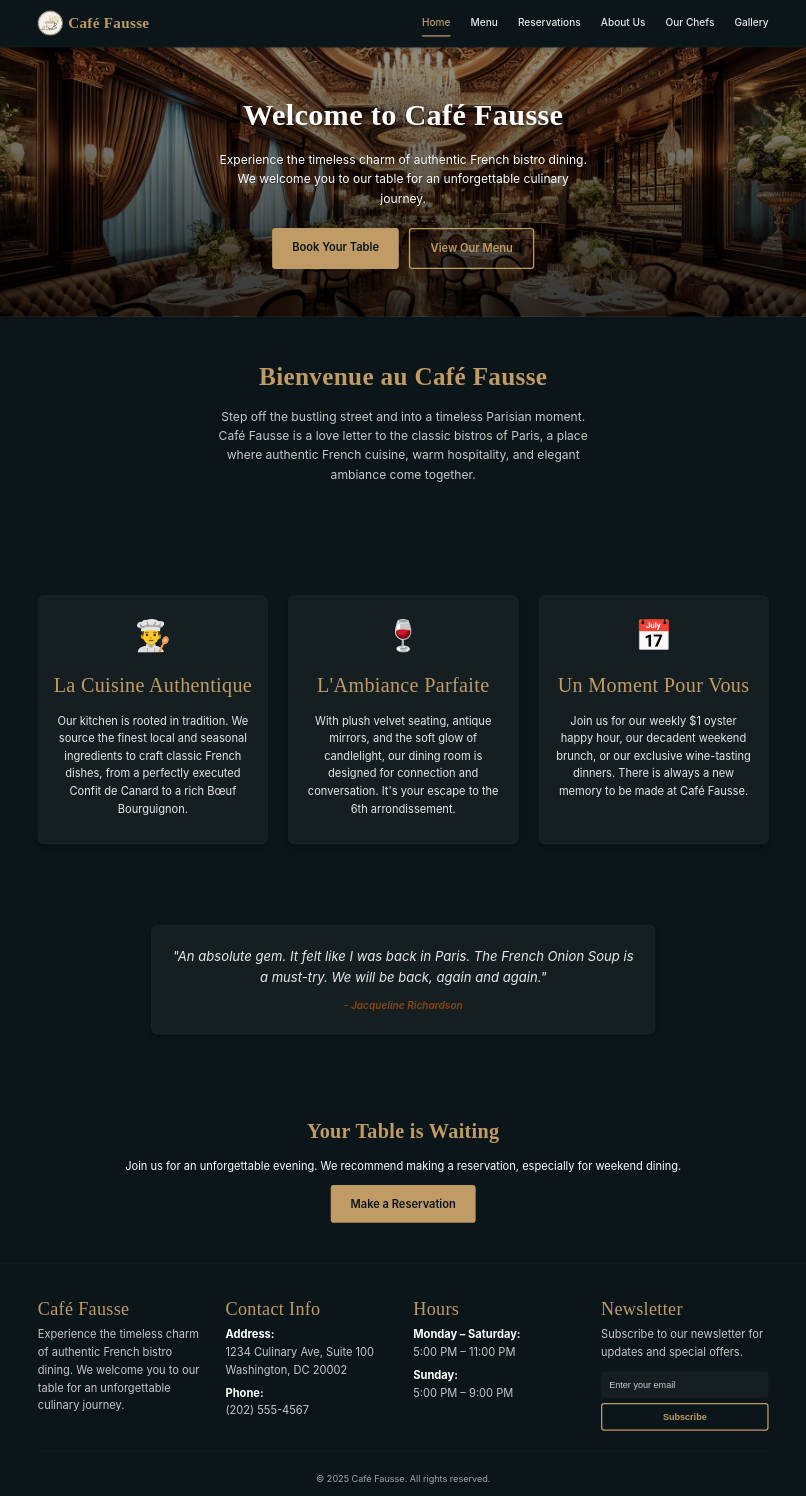
Repository: MatVanDenArt/MSSE-Cafe-Fausse
Page: / (app in frontend/)
An editor plug-in stored every save of this project. The page is shown before and after the next save, followed by the edit.
The browser window is 1280 px wide. The pictures show the whole page, at 63% of full size.
The project was rebuilt for these pictures with package versions that can differ from the ones it lists, and the page was loaded fresh each time. Also part of the build but not shown: frontend/src/pages/Menu.css, frontend/src/pages/Menu.js, frontend/src/pages/Reservations.css, frontend/src/pages/Reservations.js, frontend/src/pages/About.css, frontend/src/pages/About.js, frontend/src/pages/Gallery.css, frontend/src/pages/Gallery.js.

Above is the page before, as saved 2025-11-04 17:38:04.

After the next save:
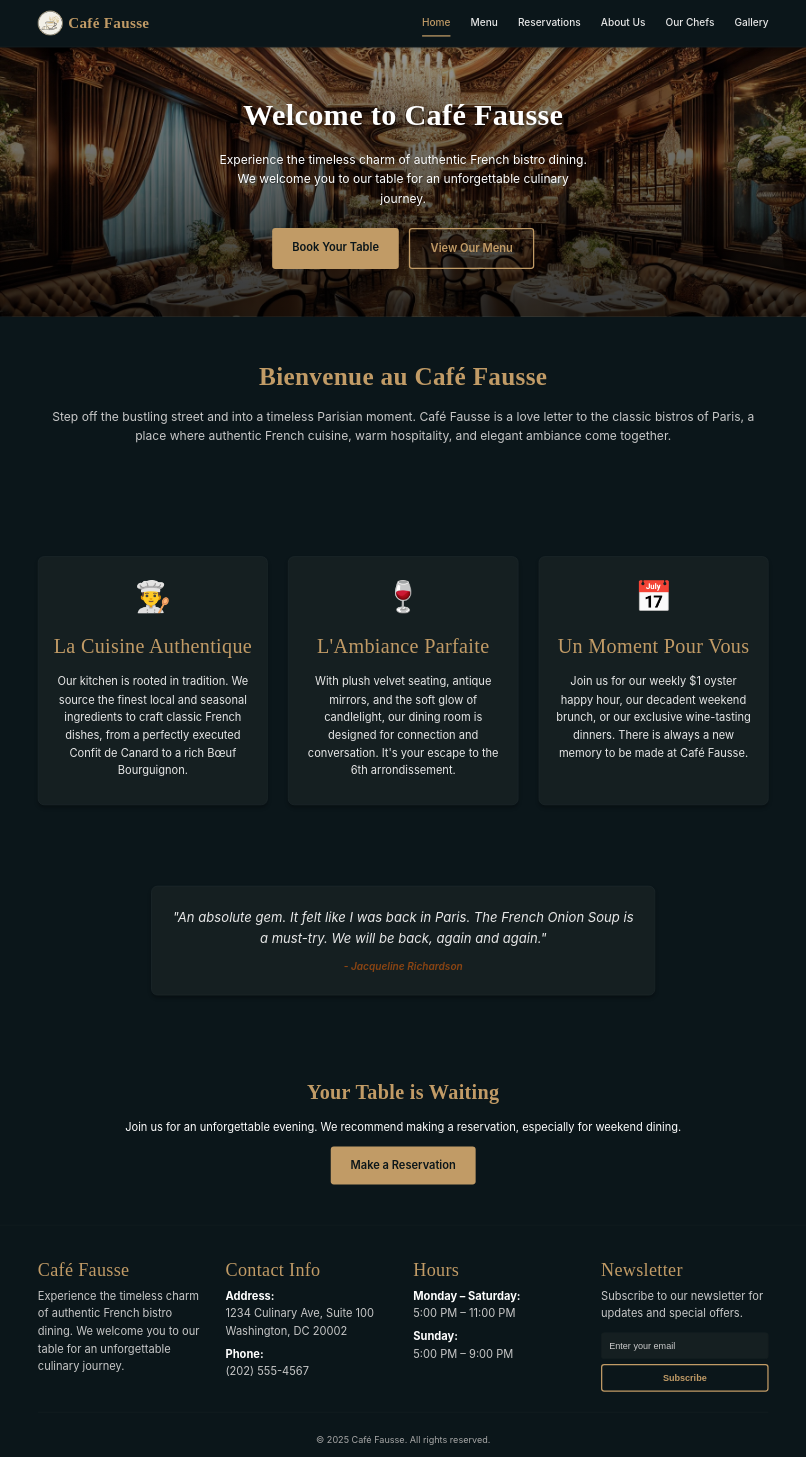
Saved 3 h 23 min later.
--- a/frontend/src/App.css
+++ b/frontend/src/App.css
@@ -259,7 +259,7 @@ p {
 .section-title p {
   font-size: 1.2rem;
   color: #c8c8c8;
-  max-width: 600px;
+  /* max-width: 600px; */
   margin: 0 auto;
 }
 
